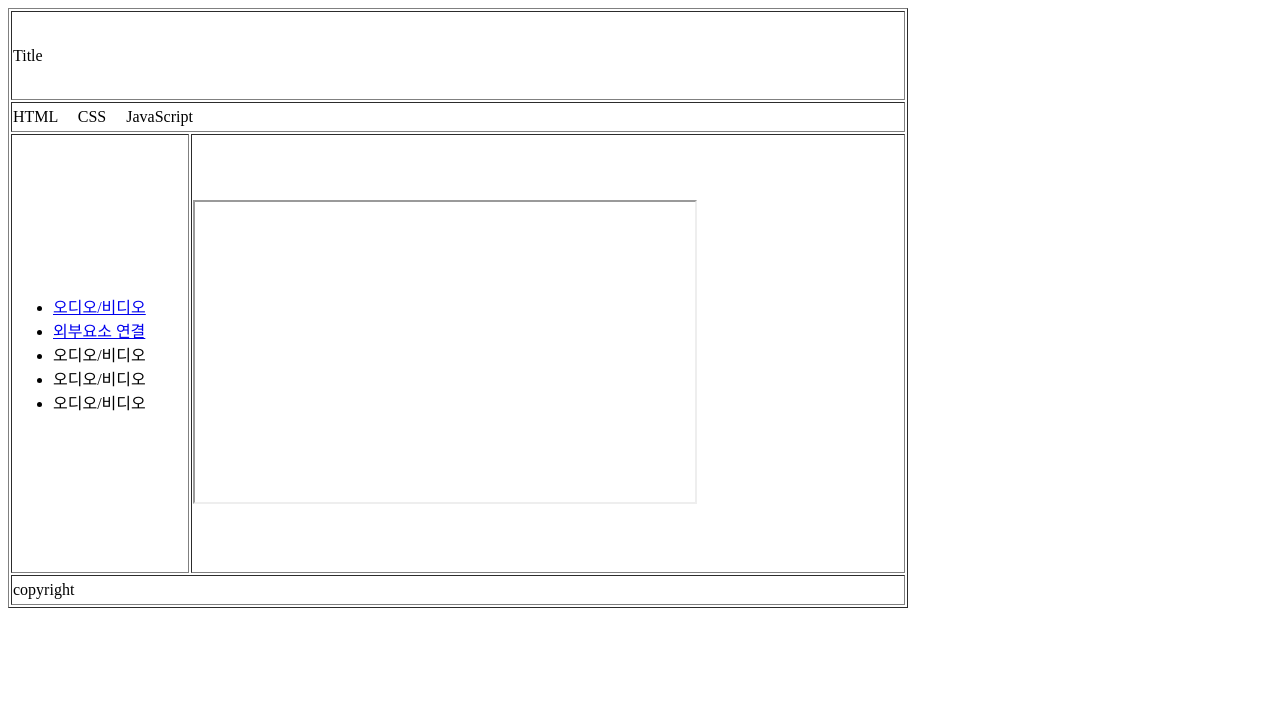
Repository: Hwangjiwon/MultiCampus
Page: 2Study/WebContent/html/iframe.html
These files come from the project's save history. The page is drawn as it stood at one moment and after the next save; the edit follows.
The browser window is 1280 px wide. The pictures show the whole page.

Above is the page before, as saved 2019-05-30 04:41:53.

### 2Study/WebContent/html/iframe.html
<!DOCTYPE html>
<html>
<head>
<meta charset="UTF-8">
<title>Insert title here</title>
</head>
<body>
	 <table border="1" width="900" height="600">
      <tr height="15%"><td colspan="2">Title</td></tr>
      <tr height="5%"><td colspan="2">HTML &nbsp;&nbsp;&nbsp; CSS &nbsp;&nbsp;&nbsp; JavaScript</td></tr>
      <tr><td width="20%">
      <ul>
         <li><a href="../index.html">오디오/비디오</a></li>
         <li><a href="../index.html">외부요소 연결</a></li>
         <li>오디오/비디오</li>
         <li>오디오/비디오</li>
         <li>오디오/비디오</li>
      </ul></td><td>

      	<iframe src="" name="frame2" width="500" height="300"> 외부 문서 표시 영역 	</iframe>


      </td></tr>
      <tr height="5%"><td colspan="2">copyright</td></tr>
   </table>

</body>
</html>

After the next save:
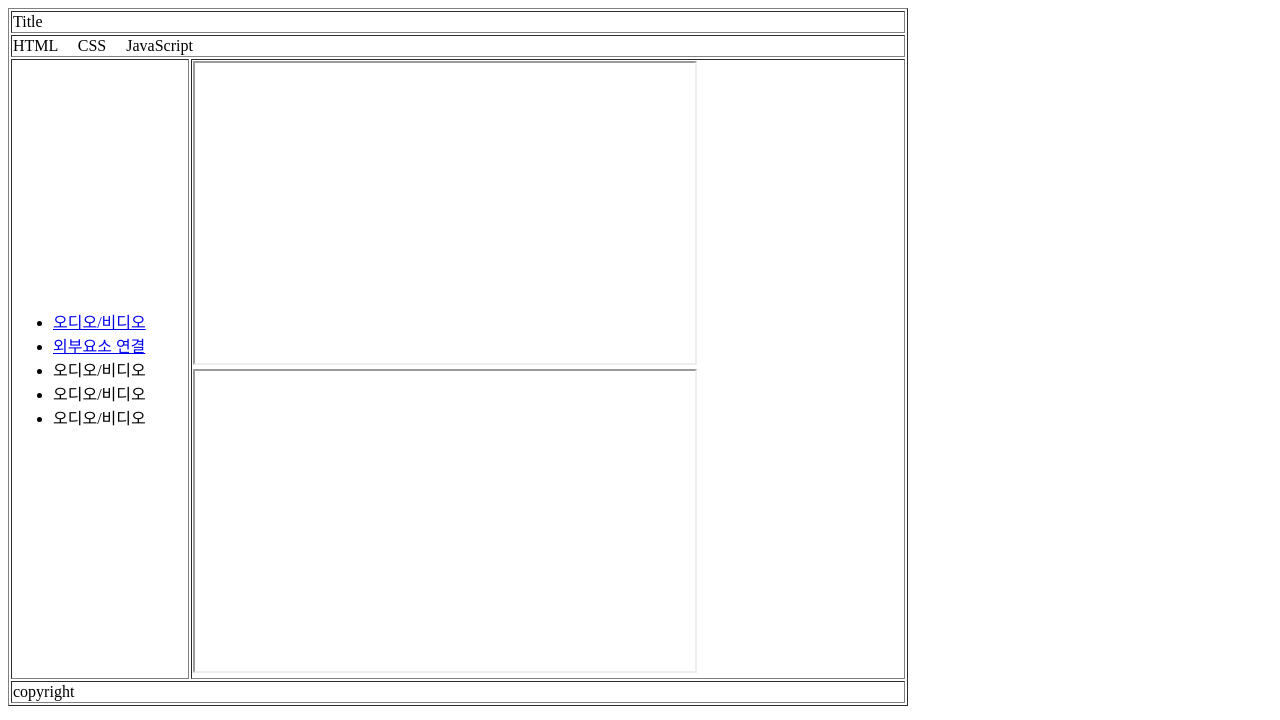
Saved 30 s later.
--- a/2Study/WebContent/html/iframe.html
+++ b/2Study/WebContent/html/iframe.html
@@ -16,8 +16,8 @@
          <li>오디오/비디오</li>
          <li>오디오/비디오</li>
       </ul></td><td>
-
-      	<iframe src="" name="frame2" width="500" height="300"> 외부 문서 표시 영역 	</iframe>
+      	<iframe src="" name="frame1" width="500" height="300"> 외부 문서 표시 영역1 	</iframe>
+      	<iframe src="" name="frame2" width="500" height="300"> 외부 문서 표시 영역2 	</iframe>
 
 
       </td></tr>
